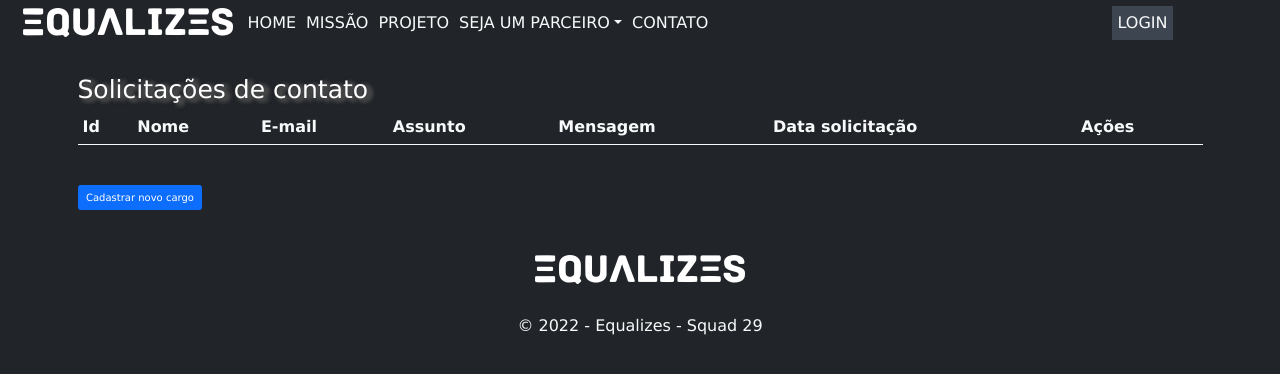
Repository: SQUAD29T3/-SpringEqualizesFinal
Page: http://localhost/admin/contato/listar
These files come from the project's save history. The page is drawn as it stood at one moment and after the next save; the edit follows.
The browser window is 1280 px wide. The pictures show the whole page.
Some web fonts or font styles are not loaded; a fallback is used. The page is this project's Thymeleaf template; nobody is signed in. The template is opened directly, without the code that normally fills it, so the values that code supplies are empty.

Above is the page before, as saved 2022-10-25 01:43:51.
Console error: TypeError: Cannot set properties of null (setting 'value')

After the next save:
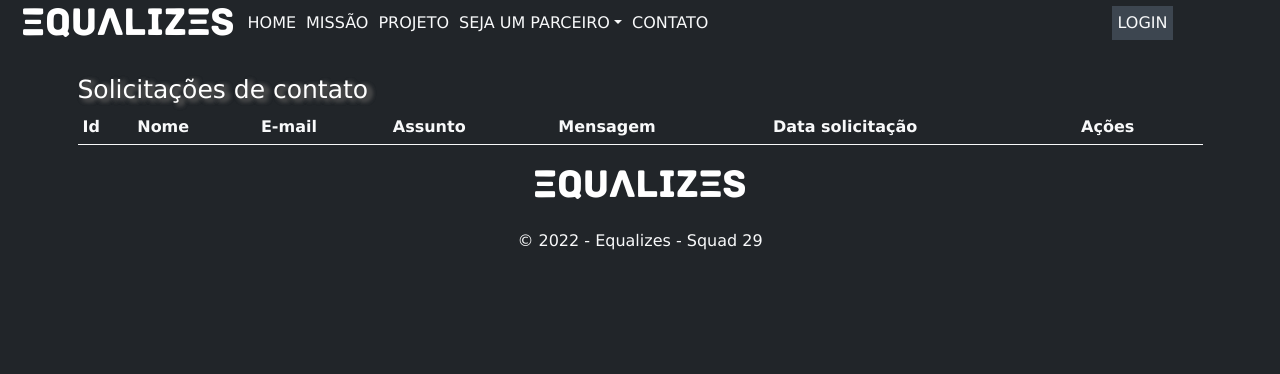
Saved 18 s later.
--- a/SpringEqualizes/src/main/resources/templates/admin/contato/listar.html
+++ b/SpringEqualizes/src/main/resources/templates/admin/contato/listar.html
@@ -153,9 +153,11 @@
 		<div class="row">
 			<div class="col-sm-12">
 
-				<!-- CHAMA A VIEW DE CADASTRO E PASSA UM OBJETO VAZIO -->
+				<!-- CHAMA A VIEW DE CADASTRO E PASSA UM OBJETO VAZIO
 				<a th:href="@{/cadastrarDepartamento}" class="btn btn-primary mt-5 mb-5">Cadastrar novo cargo</a>
-			</div>
+			 -->
+			</div>
+
 		</div>
 
 
